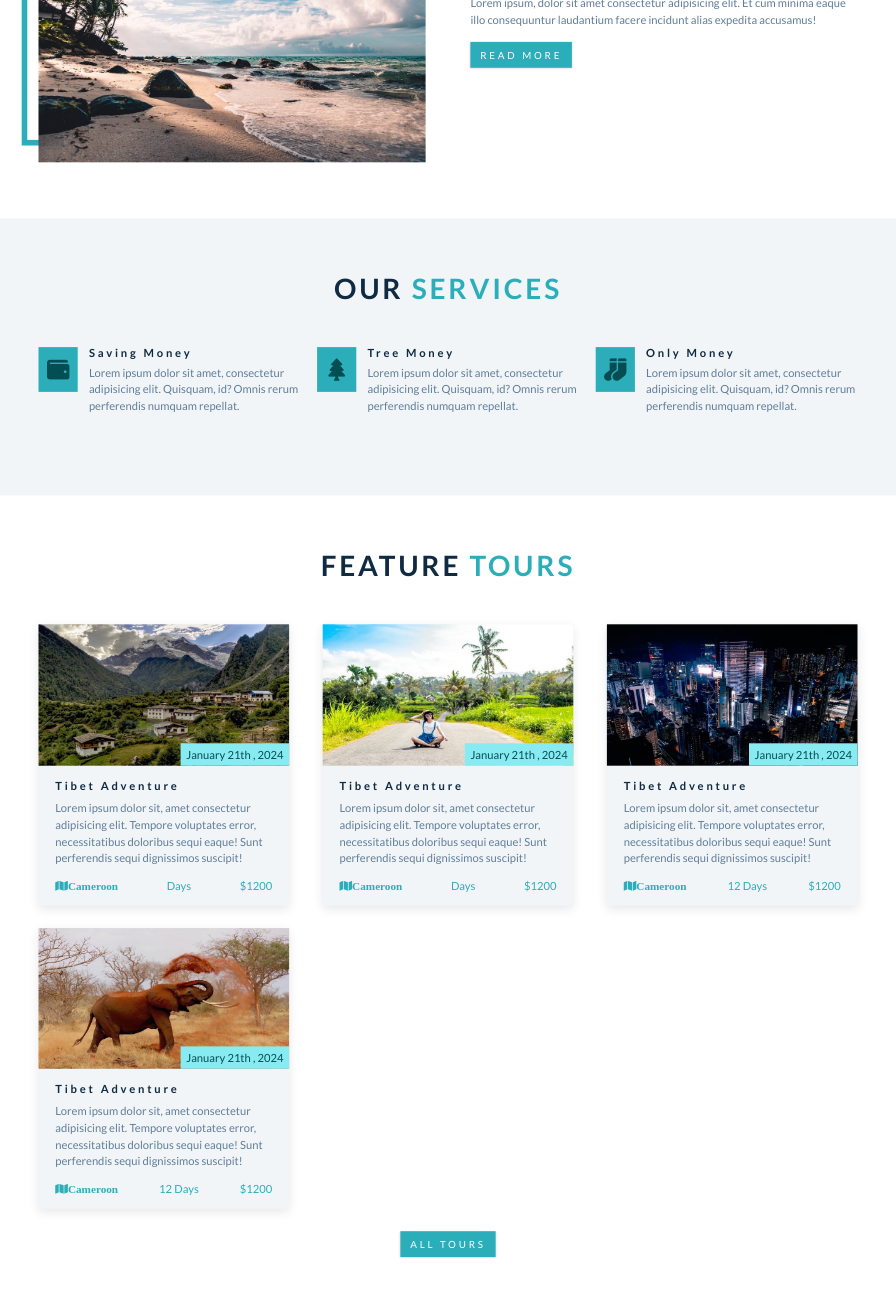
Repository: Ndifoinhilary/flexbox-project
Page: index.html
The author's editor kept a copy of each file at every save. The page is drawn from the files as they stood at one save, then again after the next save.
The browser window is 1280 px wide. The pictures show the part of the page from y = 1087 to 3007 px (the page is 2963 px tall before and 3007 px after), at 70% of full size.

Above is the page before, as saved 2024-01-21 20:08:02.

After the next save:
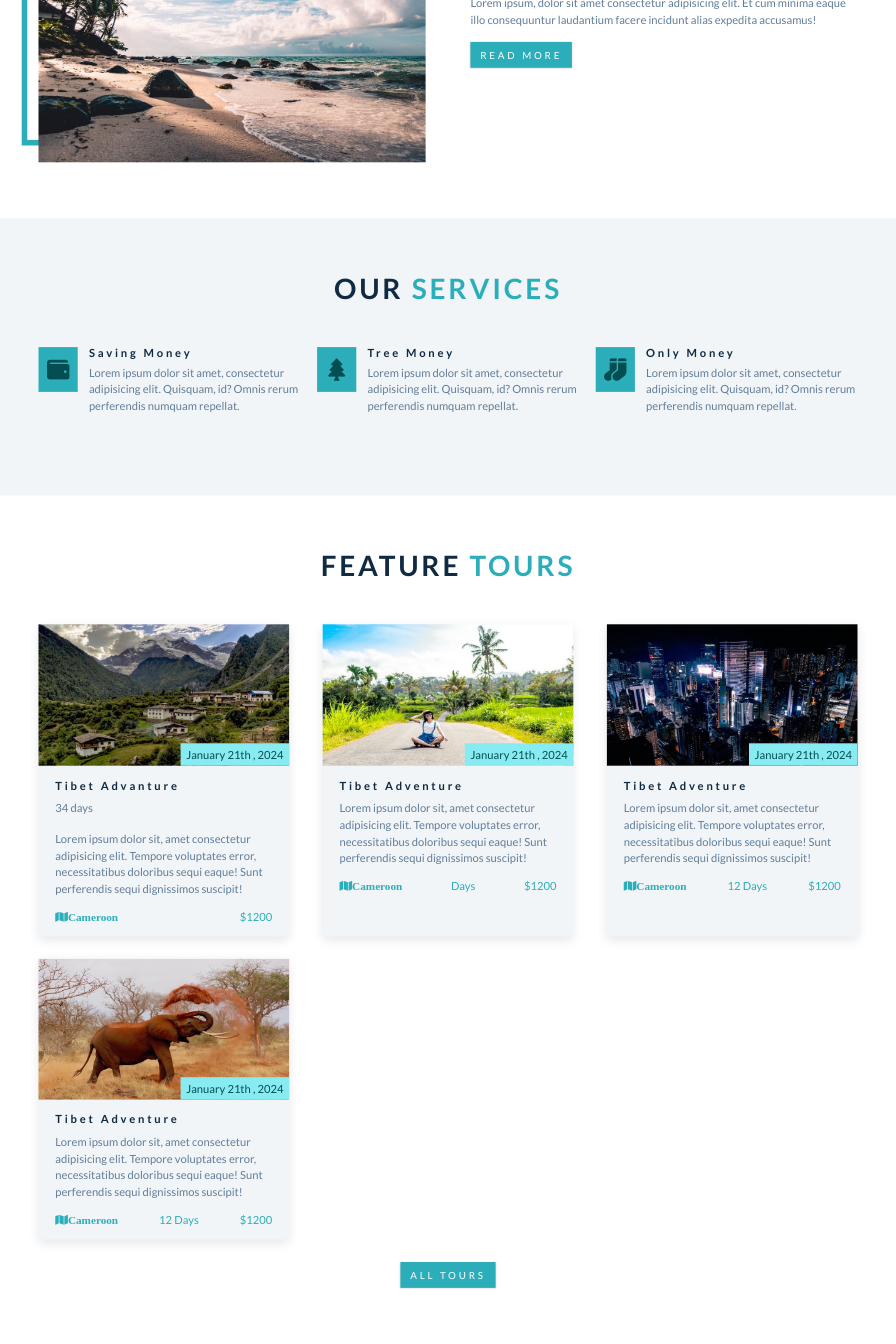
Saved 18 min 1 s later.
--- a/index.html
+++ b/index.html
@@ -108,13 +108,15 @@
       <p class="tour-date">january 21th , 2024</p>
     </div>
     <div class="tour-info">
-      <h4>tibet adventure</h4>
+     <div class="tour-title">
+      <h4>tibet advanture</h4>
+      <p>34 days</p>
+     </div>
       <p>Lorem ipsum dolor sit, amet consectetur adipisicing elit. Tempore voluptates error, necessitatibus doloribus sequi eaque! Sunt
         perferendis sequi dignissimos suscipit!</p>
 
         <div class="tour-footer">
           <p><span><i class="fas fa-map" >Cameroon</i></span></p>
-          <p>days</p>
           <p>$1200</p>
         </div>
     </div>
